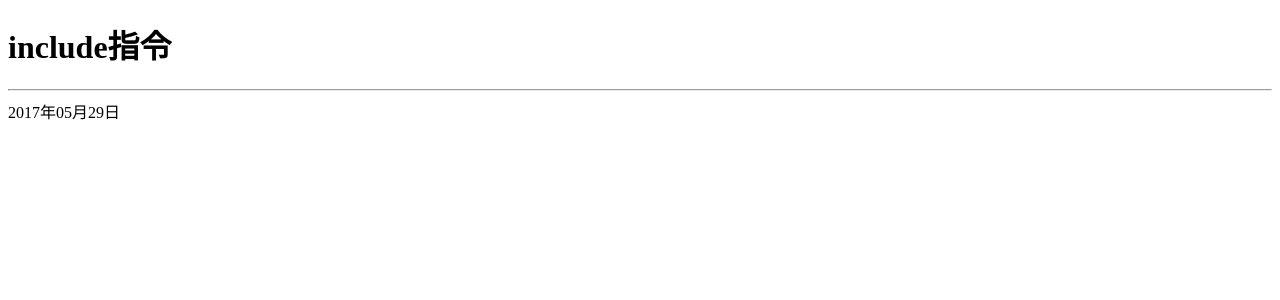
Repository: winxblast/myJavaLearn
Page: http://localhost/JspCommandAction/include_action.jsp
An editor plug-in stored every save of this project. The page is shown before and after the next save, followed by the edit.
The browser window is 1280 px wide. The pictures show the whole page.
The page is served by Tomcat 9.

Above is the page before, as saved 2017-06-01 15:14:54.

### JavaEE/JspCommandAction/WebContent/include_action.jsp
<%@ page language="java" contentType="text/html; charset=UTF-8"
    pageEncoding="UTF-8"%>
<!DOCTYPE html PUBLIC "-//W3C//DTD HTML 4.01 Transitional//EN" "http://www.w3.org/TR/html4/loose.dtd">
<html>
<head>
<meta http-equiv="Content-Type" content="text/html; charset=UTF-8">
<title>Insert title here</title>
</head>
<body>
	<h1>include指令</h1>
	<hr>
	<%@ include file="date.jsp" %>
</body>
</html>

### JavaEE/JspCommandAction/WebContent/date.jsp
<%@page import="java.text.SimpleDateFormat"%>
<%@page import="java.util.Date"%>
<%@ page language="java" contentType="text/html; charset=UTF-8"
    pageEncoding="UTF-8"%>
<!DOCTYPE html PUBLIC "-//W3C//DTD HTML 4.01 Transitional//EN" "http://www.w3.org/TR/html4/loose.dtd">

<%
	Date d = new Date();
	SimpleDateFormat sdf = new SimpleDateFormat("yyyy年MM月dd日");
	String s = sdf.format(d);
	out.println(s);
%>

After the next save:
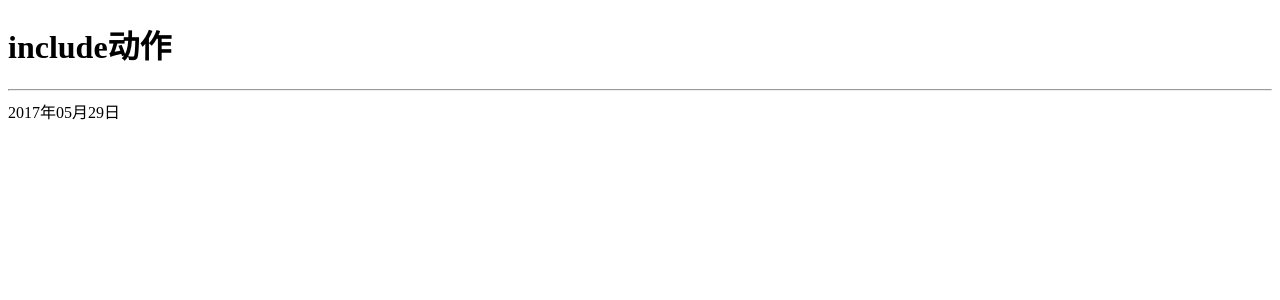
Saved 5 min 5 s later.
--- a/JavaEE/JspCommandAction/WebContent/include_action.jsp
+++ b/JavaEE/JspCommandAction/WebContent/include_action.jsp
@@ -7,8 +7,8 @@
 <title>Insert title here</title>
 </head>
 <body>
-	<h1>include指令</h1>
+	<h1>include动作</h1>
 	<hr>
-	<%@ include file="date.jsp" %>
+	<jsp:include page="date.jsp" flush="false"></jsp:include>
 </body>
 </html>
